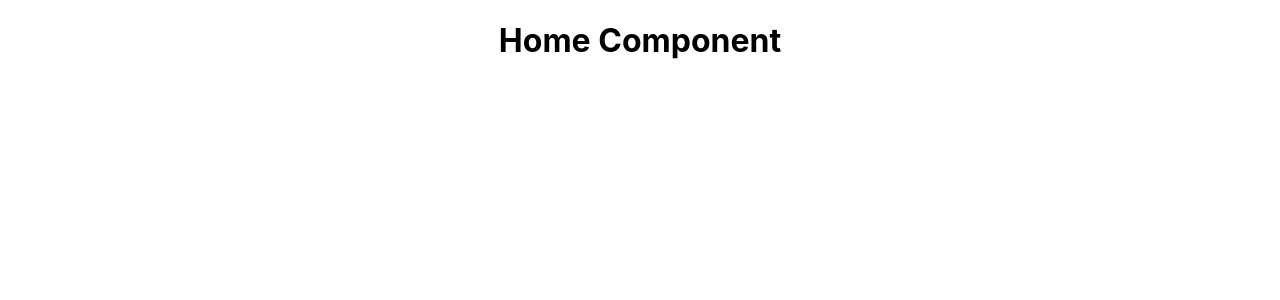
Repository: Rohit1995K/React-redux
Page: /home/AA002QF
These files come from the project's save history. The page is drawn as it stood at one moment and after the next save; the edit follows.
The browser window is 1280 px wide. The pictures show the whole page.
The project was rebuilt for these pictures with package versions that can differ from the ones it lists, and the page was loaded fresh each time.

Above is the page before, as saved 2022-09-20 14:53:36.

After the next save:
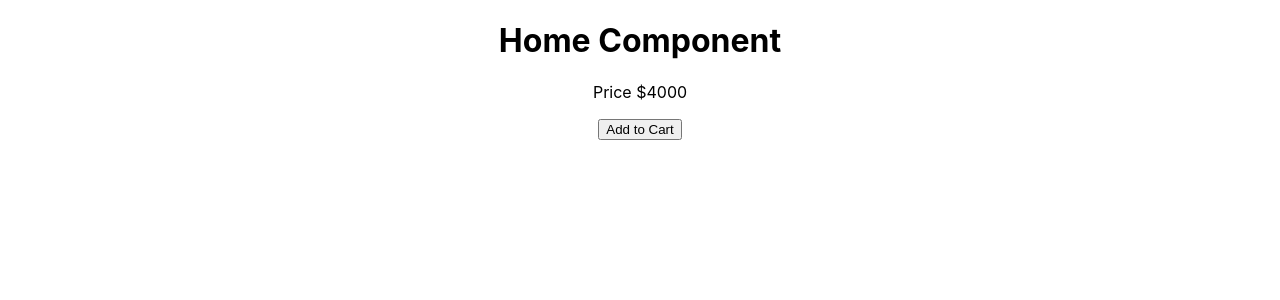
Saved 5 min 25 s later.
--- a/src/Components/Home.js
+++ b/src/Components/Home.js
@@ -2,7 +2,11 @@ import React from "react";
 
 const Home = () => {
     return (
-        <h1> Home Component </h1>
+        <>
+            <h1> Home Component </h1>
+            <p> Price $4000 </p>
+            <button> Add to Cart </button>
+        </>
     )
 }
 
